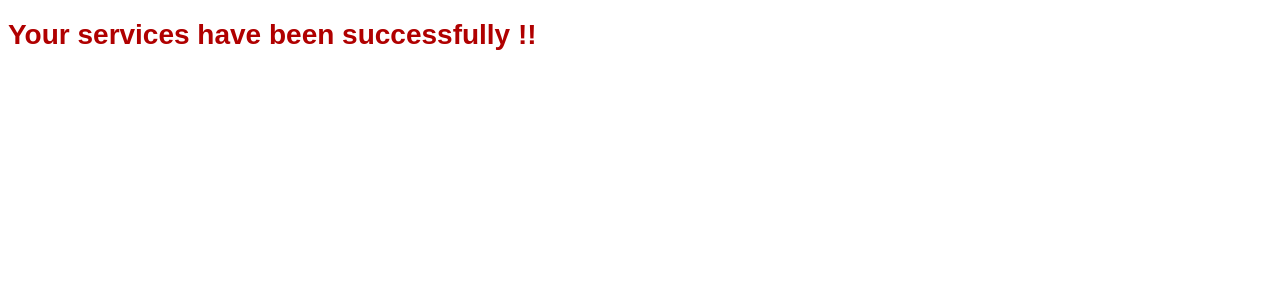
Repository: suma94/MyProjects
Page: http://localhost/SelfServiceSales/Message.jsp
The author's editor kept a copy of each file at every save. The page is drawn from the files as they stood at one save, then again after the next save.
The browser window is 1280 px wide. The pictures show the whole page.
The page is served by Tomcat 9. Nobody is signed in. The application's start-up code is not run. Other server files are loaded and not shown.

Above is the page before, as saved 2015-08-27 11:18:42.

### SelfServiceSales/WebContent/Message.jsp
<%@ page language="java" contentType="text/html; charset=ISO-8859-1"
    pageEncoding="ISO-8859-1"%>
<!DOCTYPE html PUBLIC "-//W3C//DTD HTML 4.01 Transitional//EN" "http://www.w3.org/TR/html4/loose.dtd">
<html>
<head>
<meta http-equiv="Content-Type" content="text/html; charset=ISO-8859-1">
<link rel="stylesheet" type="text/css" href="styles.css">
<title>Insert title here</title>
</head>
<body>
<h1 class="vzh1" >Your services have been successfully ${msg}!!</h1>
</body>
</html>

### SelfServiceSales/WebContent/styles.css
.vz-standard-font
{
	font-family:arial;
}
.vzh1
{
	font-family:arial;
	font-style:bold;
	font-size:28px;
	color:#B00000;
}
.vzh2
{
	font-family:arial;
	font-style:bold;
	font-size:24px;
	color:#B00000;
}
.vzh3
{
	font-family:arial;
	font-style:bold;
	font-size:21.33px;
	color:#333333;
}
.vzh4
{
	font-family:arial;
	font-style:bold;
	font-size:18.66px;
	color:#333333;

}
.vzh5
{
	font-family:arial;
	font-style:bold;
	font-size:16px;
	color:#333333;
}
.vzh6
{
	font-family:arial;
	font-style:bold;
	font-size:14.66px;
	color:#333333;
}
.vzred
{
	color:#ED1C24;
}
.vzdarkgrey
{
	color:#595A5D;
}
.vzgrey
{
	color:#D2D3D4;
}
.vzlightgrey
{
	color:#ECEDEE;
}
.vzsecondary1
{
	color:rgb(115,185,176);
}
.vzsecondary2
{
	color:rgb(259,223,76);
}
.vzsecondary3
{
	color:rgb(74,154,77);
}.vzsecondary4
{
	color:rgb(46,103,178);
}
.vzsecondary5
{
	color:rgb(196,159,57);
}
.vzsecondary6
{
	color:rgb(210,102,159);
}
.vzsecondary7
{
	color:rgb(127,52,131);
}
.vzsecondary8
{
	color:rgb(49,149,169);
}
a.vzlink:link {
     font-family:Arial; color:#0066CC; text-decoration:underline;
}

/* visited link */
a.vzlink:visited {
  font-family:Arial; color:#990099; text-decoration:none;

}

/* mouse over link */
a .vzlink:hover {
   font-family:Arial; color:#0066CC; text-decoration:underline;
}

/* selected link */
a.vzlink:active {
font-family:Arial; color:#B00000; text-decoration:none;
}

.vzbtn {
  -webkit-border-radius: 6;
  -moz-border-radius: 6;
 padding: 10px 16px;
font-size: 18px;
line-height: 1.33333;
border-radius: 6px;
margin-bottom: 0px;
font-weight: 400;
text-align: center;
white-space: nowrap;
vertical-align: middle;
cursor: pointer;
-moz-user-select: none;
background-image: none;
border: 1px solid transparent;

  font-family: Arial;
  color: #ffffff;

  background: #d51e27;

  text-decoration: none;
}
.vzbtn:focus {outline:0;}

.vzbtn:hover {
  text-decoration: none;
}
.vzbtnsmall {
  -webkit-border-radius: 3;
  -moz-border-radius: 3;
  padding: 5px 10px;
    padding-top: 5px;
    padding-right: 10px;
    padding-bottom: 5px;
    padding-left: 10px;
font-size: 12px;
line-height: 1.5;
border-radius: 3px;
display: inline-block;
margin-bottom: 0px;
font-weight: 400;
text-align: center;
white-space: nowrap;
vertical-align: middle;
cursor: pointer;
-moz-user-select: none;
background-image: none;
border: 1px solid transparent;

  font-family: Arial;
  color: #ffffff;

  background: #d51e27;

  text-decoration: none;
}
.vzbtnsmall:focus {outline:0;}

.vzbtnsmall:hover {
  text-decoration: none;
}
.vzbtnmedium {
	padding: 6px 12px;
margin-bottom: 0px;
font-size: 14px;
font-weight: 400;
line-height: 1.42857;
text-align: center;
white-space: nowrap;
vertical-align: middle;
cursor: pointer;
-moz-user-select: none;
background-image: none;
border: 1px solid transparent;
border-radius: 4px;
  -webkit-border-radius: 4;
  -moz-border-radius: 4;



  font-family: Arial;
  color: #ffffff;

  background: #d51e27;

  text-decoration: none;
}
.vzbtnmedium:focus {outline:0;}

.vzbtnmedium:hover {
  text-decoration: none;
}
.vzbtnxsmall {
	padding: 1px 5px;
    padding-top: 1px;
    padding-right: 5px;
    padding-bottom: 1px;
    padding-left: 5px;
font-size: 12px;
line-height: 1.5;
border-radius: 3px;
	display: inline-block;
margin-bottom: 0px;
font-weight: 400;
text-align: center;
white-space: nowrap;
vertical-align: middle;
cursor: pointer;
-moz-user-select: none;
background-image: none;
border: 1px solid transparent;

border-radius: 3px;
  -webkit-border-radius: 3;
  -moz-border-radius: 3;



  font-family: Arial;
  color: #ffffff;

  background: #d51e27;

  text-decoration: none;
}
.vzbtnxsmall:focus {outline:0;}

.vzbtnxsmall:hover {
  text-decoration: none;
}
.vzbtn1{
  -webkit-border-radius: 6;
  -moz-border-radius: 6;
 padding: 10px 16px;
font-size: 18px;
line-height: 1.33333;
border-radius: 6px;
margin-bottom: 0px;
font-weight: 400;
text-align: center;
white-space: nowrap;
vertical-align: middle;
cursor: pointer;
-moz-user-select: none;
background-image: none;
border: 1px solid transparent;

  font-family: Arial;
  color: #ffffff;

  background: #464a4f;

  text-decoration: none;
}
.vzbtn1:focus {outline:0;}

.vzbtn1:hover {
  text-decoration: none;
}
.vzbtn1small {
  -webkit-border-radius: 3;
  -moz-border-radius: 3;
  padding: 5px 10px;
    padding-top: 5px;
    padding-right: 10px;
    padding-bottom: 5px;
    padding-left: 10px;
font-size: 12px;
line-height: 1.5;
border-radius: 3px;
display: inline-block;
margin-bottom: 0px;
font-weight: 400;
text-align: center;
white-space: nowrap;
vertical-align: middle;
cursor: pointer;
-moz-user-select: none;
background-image: none;
border: 1px solid transparent;

  font-family: Arial;
  color: #ffffff;

  background: #464a4f;

  text-decoration: none;
}
.vzbtn1small:focus {outline:0;}

.vzbtn1small:hover {
  text-decoration: none;
}
.vzbtn1medium {
	padding: 6px 12px;
margin-bottom: 0px;
font-size: 14px;
font-weight: 400;
line-height: 1.42857;
text-align: center;
white-space: nowrap;
vertical-align: middle;
cursor: pointer;
-moz-user-select: none;
background-image: none;
border: 1px solid transparent;
border-radius: 4px;
  -webkit-border-radius: 4;
  -moz-border-radius: 4;



  font-family: Arial;
  color: #ffffff;

  background: #464a4f;

  text-decoration: none;
}
.vzbtn1medium:focus {outline:0;}

.vzbtn1medium:hover {
  text-decoration: none;
}
.vzbtn1xsmall {
	padding: 1px 5px;
    padding-top: 1px;
    padding-right: 5px;
    padding-bottom: 1px;
    padding-left: 5px;
font-size: 12px;
line-height: 1.5;
border-radius: 3px;
	display: inline-block;
margin-bottom: 0px;
font-weight: 400;
text-align: center;
white-space: nowrap;
vertical-align: middle;
cursor: pointer;
-moz-user-select: none;
background-image: none;
border: 1px solid transparent;

border-radius: 3px;
  -webkit-border-radius: 3;
  -moz-border-radius: 3;



  font-family: Arial;
  color: #ffffff;

  background: #464a4f;

  text-decoration: none;
}
.vzbtn1xsmall:focus {outline:0;}

.vzbtnx1small:hover {
  text-decoration: none;
}


.vzbtn2{
  -webkit-border-radius: 7;
  -moz-border-radius: 7;
  border-radius: 7px;

  font-family: Arial;
  color: #818181;
  font-size: 14px;
  background: #e3e6e5;
  padding: 10px 20px 10px 20px;
  text-decoration: none;
}
.vzbtn2:focus {outline:0;}
.vzbtn2:hover {
  text-decoration: none;
}
.vzbtn2{
  -webkit-border-radius: 6;
  -moz-border-radius: 6;
 padding: 10px 16px;
font-size: 18px;
line-height: 1.33333;
border-radius: 6px;
margin-bottom: 0px;
font-weight: 400;
text-align: center;
white-space: nowrap;
vertical-align: middle;
cursor: pointer;
-moz-user-select: none;
background-image: none;
border: 1px solid transparent;

  font-family: Arial;
  color: #ffffff;

  background: #e3e6e5;

  text-decoration: none;
}
.vzbtn2:focus {outline:0;}

.vzbtn2:hover {
  text-decoration: none;
}
.vzbtn2small {
  -webkit-border-radius: 3;
  -moz-border-radius: 3;
  padding: 5px 10px;
    padding-top: 5px;
    padding-right: 10px;
    padding-bottom: 5px;
    padding-left: 10px;
font-size: 12px;
line-height: 1.5;
border-radius: 3px;
display: inline-block;
margin-bottom: 0px;
font-weight: 400;
text-align: center;
white-space: nowrap;
vertical-align: middle;
cursor: pointer;
-moz-user-select: none;
background-image: none;
border: 1px solid transparent;

  font-family: Arial;
  color: #ffffff;

  background: #e3e6e5;

  text-decoration: none;
}
.vzbtn2small:focus {outline:0;}

.vzbtn2small:hover {
  text-decoration: none;
}
.vzbtn2medium {
	padding: 6px 12px;
margin-bottom: 0px;
font-size: 14px;
font-weight: 400;
line-height: 1.42857;
text-align: center;
white-space: nowrap;
vertical-align: middle;
cursor: pointer;
-moz-user-select: none;
background-image: none;
border: 1px solid transparent;
border-radius: 4px;
  -webkit-border-radius: 4;
  -moz-border-radius: 4;



  font-family: Arial;
  color: #ffffff;

  background: #e3e6e5;

  text-decoration: none;
}
.vzbtn2medium:focus {outline:0;}

.vzbtn2medium:hover {
  text-decoration: none;
}
.vzbtn2xsmall {
	padding: 1px 5px;
    padding-top: 1px;
    padding-right: 5px;
    padding-bottom: 1px;
    padding-left: 5px;
font-size: 12px;
line-height: 1.5;
border-radius: 3px;
	display: inline-block;
margin-bottom: 0px;
font-weight: 400;
text-align: center;
white-space: nowrap;
vertical-align: middle;
cursor: pointer;
-moz-user-select: none;
background-image: none;
border: 1px solid transparent;

border-radius: 3px;
  -webkit-border-radius: 3;
  -moz-border-radius: 3;



  font-family: Arial;
  color: #ffffff;

  background: #e3e6e5;

  text-decoration: none;
}
.vzbtn2xsmall:focus {outline:0;}

.vzbtnx2small:hover {
  text-decoration: none;
}

.vztext {
  display: inline-block;
  -webkit-box-sizing: content-box;
  -moz-box-sizing: content-box;
  box-sizing: content-box;
  padding: 10px 20px;
  border: 1px solid #b7b7b7;
  -webkit-border-radius: 3px;
  border-radius: 3px;
  font: normal 14px/normal Arial, Helvetica, sans-serif;
  color: rgba(40,40,40,1);
  -o-text-overflow: clip;
  text-overflow: clip;
  background: #ecf0f1;
  -webkit-box-shadow: 2px 2px 2px 0 rgba(0,0,0,0.2) inset;
  box-shadow: 2px 2px 2px 0 rgba(0,0,0,0.2) inset;
  text-shadow: 1px 1px 0 rgba(255,255,255,0.66) ;
  -webkit-transition: all 200ms cubic-bezier(0.42, 0, 0.58, 1);
  -moz-transition: all 200ms cubic-bezier(0.42, 0, 0.58, 1);
  -o-transition: all 200ms cubic-bezier(0.42, 0, 0.58, 1);
  transition: all 200ms cubic-bezier(0.42, 0, 0.58, 1);
}

.vztextarea
{

background:#ecf0f1;
color: rgba(40,40,40,1);
border:1px solid #DCDCDC;
border-radius:2px ;
font-size:12px ;
width: 222px ;
padding: 2px ;
box-shadow: 2px 2px 2px 0 rgba(0,0,0,0.2) inset;
-webkit-box-shadow: -2px 0px 8px #DCDCDC;
-moz-box-shadow: -2px 0px 8px #DCDCDC;
}
.vztextarea:focus, input:focus{
    outline: 0;
}
.vztable {
	margin:0px;padding:0px;
	width:100%;
	border:1px solid #000000;

	-moz-border-radius-bottomleft:6px;
	-webkit-border-bottom-left-radius:6px;
	border-bottom-left-radius:6px;

	-moz-border-radius-bottomright:6px;
	-webkit-border-bottom-right-radius:6px;
	border-bottom-right-radius:6px;

	-moz-border-radius-topright:6px;
	-webkit-border-top-right-radius:6px;
	border-top-right-radius:6px;

	-moz-border-radius-topleft:6px;
	-webkit-border-top-left-radius:6px;
	border-top-left-radius:6px;
}.vztable table{
    border-collapse: collapse;
        border-spacing: 0;
	width:100%;
	height:100%;
	margin:0px;padding:0px;
}.vztable tr:last-child td:last-child {
	-moz-border-radius-bottomright:6px;
	-webkit-border-bottom-right-radius:6px;
	border-bottom-right-radius:6px;
}
.vztable table tr:first-child td:first-child {
	-moz-border-radius-topleft:6px;
	-webkit-border-top-left-radius:6px;
	border-top-left-radius:6px;
}
.vztable table tr:first-child td:last-child {
	-moz-border-radius-topright:6px;
	-webkit-border-top-right-radius:6px;
	border-top-right-radius:6px;
}.vztable tr:last-child td:first-child{
	-moz-border-radius-bottomleft:6px;
	-webkit-border-bottom-left-radius:6px;
	border-bottom-left-radius:6px;
}.vztable tr:hover td{

}
.vztable tr:nth-child(odd){ background-color:#f3f3f5; }
.vztable tr:nth-child(even)    { background-color:#ffffff; }.vztable td{
	vertical-align:middle;


	border:1px solid #000000;
	border-width:0px 1px 1px 0px;
	text-align:center;
	padding:10px;
	font-size:13px;
	font-family:Arial;
	font-weight:normal;
	color:#000000;
}.vztable tr:last-child td{
	border-width:0px 1px 0px 0px;
}.vztable tr td:last-child{
	border-width:0px 0px 1px 0px;
}.vztable tr:last-child td:last-child{
	border-width:0px 0px 0px 0px;
}
.vztable tr:first-child td{
		background:-o-linear-gradient(bottom, #595a5d 5%, #595a5d 100%);	background:-webkit-gradient( linear, left top, left bottom, color-stop(0.05, #595a5d), color-stop(1, #595a5d) );
	background:-moz-linear-gradient( center top, #595a5d 5%, #595a5d 100% );
	filter:progid:DXImageTransform.Microsoft.gradient(startColorstr="#595a5d", endColorstr="#595a5d");	background: -o-linear-gradient(top,#595a5d,595a5d);

	background-color:#595a5d;
	border:0px solid #000000;
	text-align:center;
	border-width:0px 0px 1px 1px;
	font-size:14px;
	font-family:Arial;
	font-weight:bold;
	color:#ffffff;
}
.vztable tr:first-child:hover td{
	background:-o-linear-gradient(bottom, #595a5d 5%, #595a5d 100%);	background:-webkit-gradient( linear, left top, left bottom, color-stop(0.05, #595a5d), color-stop(1, #595a5d) );
	background:-moz-linear-gradient( center top, #595a5d 5%, #595a5d 100% );
	filter:progid:DXImageTransform.Microsoft.gradient(startColorstr="#595a5d", endColorstr="#595a5d");	background: -o-linear-gradient(top,#595a5d,595a5d);

	background-color:#595a5d;
}
.vztable tr:first-child td:first-child{
	border-width:0px 0px 1px 0px;
}
.vztable tr:first-child td:last-child{
	border-width:0px 0px 1px 1px;
}

.vztable1 {
	margin:0px;padding:0px;
	width:100%;
	border:1px solid #000000;

	-moz-border-radius-bottomleft:6px;
	-webkit-border-bottom-left-radius:6px;
	border-bottom-left-radius:6px;

	-moz-border-radius-bottomright:6px;
	-webkit-border-bottom-right-radius:6px;
	border-bottom-right-radius:6px;

	-moz-border-radius-topright:6px;
	-webkit-border-top-right-radius:6px;
	border-top-right-radius:6px;

	-moz-border-radius-topleft:6px;
	-webkit-border-top-left-radius:6px;
	border-top-left-radius:6px;
}.vztable1 table{
    border-collapse: collapse;
        border-spacing: 0;
	width:100%;
	height:100%;
	margin:0px;padding:0px;
}.vztable1 tr:last-child td:last-child {
	-moz-border-radius-bottomright:6px;
	-webkit-border-bottom-right-radius:6px;
	border-bottom-right-radius:6px;
}
.vztable1 table tr:first-child td:first-child {
	-moz-border-radius-topleft:6px;
	-webkit-border-top-left-radius:6px;
	border-top-left-radius:6px;
}
.vztable1 table tr:first-child td:last-child {
	-moz-border-radius-topright:6px;
	-webkit-border-top-right-radius:6px;
	border-top-right-radius:6px;
}.vztable1 tr:last-child td:first-child{
	-moz-border-radius-bottomleft:6px;
	-webkit-border-bottom-left-radius:6px;
	border-bottom-left-radius:6px;
}.vztable1 tr:hover td{

}
.vztable1 tr:nth-child(odd){ background-color:#f3f3f5; }
.vztable1 tr:nth-child(even)    { background-color:#ffffff; }.vztable1 td{
	vertical-align:middle;


	border:1px solid #000000;
	border-width:0px 1px 1px 0px;
	text-align:center;
	padding:10px;
	font-size:13px;
	font-family:Arial;
	font-weight:normal;
	color:#000000;
}.vztable1 tr:last-child td{
	border-width:0px 1px 0px 0px;
}.vztable1 tr td:last-child{
	border-width:0px 0px 1px 0px;
}.vztable1 tr:last-child td:last-child{
	border-width:0px 0px 0px 0px;
}
.vztable1 tr:first-child td{
		/* background:-o-linear-gradient(bottom, #595a5d 5%, #595a5d 100%);	background:-webkit-gradient( linear, left top, left bottom, color-stop(0.05, #595a5d), color-stop(1, #595a5d) );
	background:-moz-linear-gradient( center top, #595a5d 5%, #595a5d 100% ); */
	filter:progid:DXImageTransform.Microsoft.gradient(startColorstr="#595a5d", endColorstr="#595a5d");	background: -o-linear-gradient(top,#595a5d,595a5d);


	border:0px solid #000000;
	text-align:center;
	border-width:0px 0px 1px 1px;
	font-size:14px;
	font-family:Arial;


}
/* .vztable1 tr:first-child:hover td{
	background:-o-linear-gradient(bottom, #595a5d 5%, #595a5d 100%);	background:-webkit-gradient( linear, left top, left bottom, color-stop(0.05, #595a5d), color-stop(1, #595a5d) );
	background:-moz-linear-gradient( center top, #595a5d 5%, #595a5d 100% );
	filter:progid:DXImageTransform.Microsoft.gradient(startColorstr="#595a5d", endColorstr="#595a5d");	background: -o-linear-gradient(top,#595a5d,595a5d);

	background-color:#595a5d;
} */
.vztable1 tr:first-child td:first-child{
	border-width:0px 0px 1px 0px;
}
.vztable1 tr:first-child td:last-child{
	border-width:0px 0px 1px 1px;
}


.vzresponsive-container { position: relative; padding-bottom: 56.25%; padding-top: 30px; height: 0; overflow: hidden; }

.vzresponsive-container iframe { position: absolute; top: 0; left: 0; width: 100%; height: 100%; }
.vzlogoContainer {
  width: 20%;
}
.vzlogoContainer img {
max-width: 100%;
}
input[type=radio], input[type=checkbox] {
	    display:none;
	}
input[type=radio] + label:before {
	    content: "";
	    display: inline-block;
	    width: 15px;
	    height: 15px;
	    vertical-align:middle;
	    margin-right: 8px;
	    background-color: #aaa;
	    box-shadow: inset 0px 2px 2px rgba(0, 0, 0, .3);
	    border-radius: 8px;
	}
input[type=checkbox] + label:before {
	    content: "";
	    display: inline-block;
	    width: 15px;
	    height: 15px;
	    vertical-align:middle;
	    margin-right: 8px;
	    background-color: #aaa;
	    box-shadow: inset 0px 2px 2px rgba(0, 0, 0, .3);
	    border-radius: 4px;
	}
input[type=radio]:checked + label:before {
		content: "\2022";
		color:white;
	    background-color: #666;
		font-size:1.8em;
		text-align:center;
		line-height:14px;
		text-shadow:0px 0px 3px #eee;
	}
input[type=checkbox]:checked + label:before {
		content:"\2714";
		color:white;
	    background-color: #666;
		text-align:center;
		line-height:15px;
	    text-shadow:0px 0px 3px #eee;
	}
	.vznavbar-inverse
	{
		background-color: #FFFFFF;
		}
.vznavbar-inverse .vznavbar-nav>.vzactive>a:hover,
.vznavbar-inverse .vznavbar-nav>li>a:hover,
.vznavbar-inverse .vznavbar-nav>li>a:focus
 {
	 background-color: #FFFFFF;
	 }
.vznavbar-inverse .vznavbar-nav>.vzactive>a,
.vznavbar-inverse .vznavbar-nav>.vzopen>a,
.vznavbar-inverse .vznavbar-nav>.vzopen>a,
.vznavbar-inverse .vznavbar-nav>.vzopen>a:hover,
.vznavbar-inverse .vznavbar-nav>.vzopen>a,
.vznavbar-inverse .vznavbar-nav>.vzopen>a:hover,
.vznavbar-inverse .vznavbar-nav>.vzopen>a:focus
{
	background-color: #FFFFFF;
	}
.vzdropdown-menu
{
	background-color: #D2D3D4;
	}
.vzdropdown-menu>li>a:hover,
.vzdropdown-menu>li>a:focus
{
	background-color: #080808;
	}
.vznavbar-inverse
{
	background-image: none;
	}
.vzdropdown-menu>li>a:hover,
.vzdropdown-menu>li>a:focus
{
	background-image: none;
	}
.vznavbar-inverse {
	border-color: #d2d3d4;
	}
.vznavbar-inverse .vznavbar-brand
{
	color: #994812;
	}
.vznavbar-inverse .vznavbar-brand:hover {
	color: #ED1C24
	}
.vznavbar-inverse .vznavbar-nav>li>a
{
	color: #080808;
	}
.vznavbar-inverse .vznavbar-nav>li>a:hover,
.vznavbar-inverse .vznavbar-nav>li>a:focus
{
	color: #ED1C24;
	}
.vznavbar-inverse .vznavbar-nav>.vzactive>a,
.vznavbar-inverse .vznavbar-nav>.vzopen>a,
.vznavbar-inverse .vznavbar-nav>.vzopen>a:hover,
.vznavbar-inverse .vznavbar-nav>.vzopen>a:focus
{
	color: #ED1C24;
	}
.vznavbar-inverse .vznavbar-nav>.vzactive>a:hover,
.vznavbar-inverse .vznavbar-nav>.vzactive>a:focus
{
	color: #ED1C24;
	}
.vzdropdown-menu>li>a
{
color: #080808;
}
.vzdropdown-menu>li>a:hover,
.vzdropdown-menu>li>a:focus
{
	color: #FFFFFF;
}
.vznavbar-inverse .vznavbar-nav>.vzdropdown>a .vzcaret
{
	border-top-color: #080808;
	}
.vznavbar-inverse .vznavbar-nav>.vzdropdown>a:hover .vzcaret
 {
	 border-top-color: #ED1C24;
	 }
.vznavbar-inverse .vznavbar-nav>.vzdropdown>a .vzcaret
{
	border-bottom-color: #080808;
	}
.vznavbar-inverse .vznavbar-nav>.vzdropdown>a:hover .vzcaret
{
	border-bottom-color: #ED1C24;
	}

.inputwrap label {
    display: inline-block;
    width: 100px;
    text-align: right;
}
.select-style {
    /* border: 1px solid #ccc; */
    width: 120px;
    border-radius: 3px;
    overflow: hidden;
    background:  url("menu-icon.png") no-repeat 90% 50%;
	background-color:#d2d3d4;
}

.select-style select {
    padding: 5px 8px;
    width: 130%;
    border: none;
    box-shadow: none;
    background:transparent;
    background-image: none;
    -webkit-appearance: none;
}


.select-style select:focus {
    outline: none;
}

.wrapper         {width:100%;height:100%;margin:0 auto;background:#ffffff}
.h_iframe        {position:relative;}
.h_iframe .ratio {display:block;width:100%;height:auto;}
.h_iframe iframe {position:absolute;top:0;left:0;width:100%; height:100%;}

After the next save:
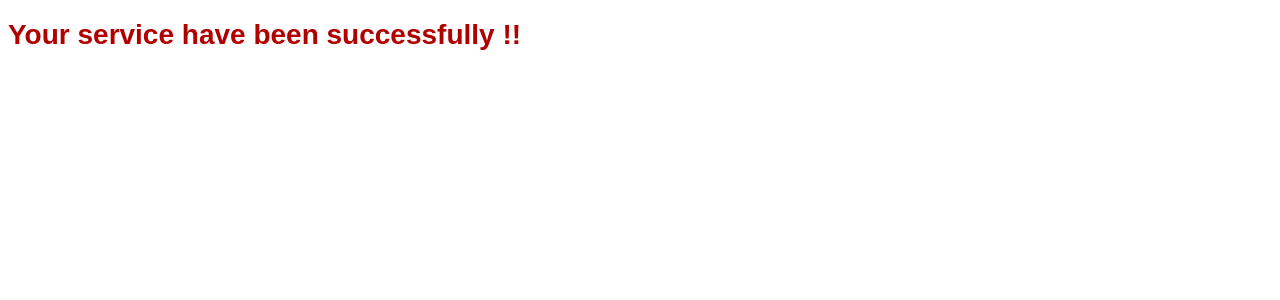
Saved 34 min 9 s later.
--- a/SelfServiceSales/WebContent/Message.jsp
+++ b/SelfServiceSales/WebContent/Message.jsp
@@ -8,6 +8,6 @@
 <title>Insert title here</title>
 </head>
 <body>
-<h1 class="vzh1" >Your services have been successfully ${msg}!!</h1>
+<h1 class="vzh1" >Your service have been successfully ${msg}!!</h1>
 </body>
 </html>
